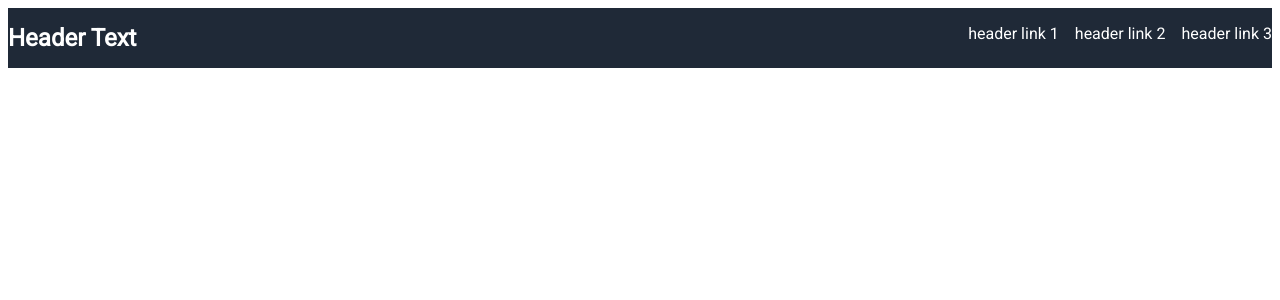
Repository: aaronestre/odin-landingpage
Page: index.html
The author's editor kept a copy of each file at every save. The page is drawn from the files as they stood at one save, then again after the next save.
The browser window is 1280 px wide. The pictures show the whole page.

Above is the page before, as saved 2025-02-12 19:45:23.

### index.html
<!DOCTYPE html>
<html lang="en">
    <head>
        <meta charset="UTF-8" />
        <meta http-equiv="X-UA-Compatible" content="IE=edge" />
        <meta name="viewport" content="width=device-width, initial-scale=1.0" />
        <link rel="stylesheet" href="index.css" />
        <link
            href="http://fonts.googleapis.com/css?family=Roboto"
            rel="stylesheet"
            type="text/css"
        />
        <style>
            body {
                font-family: "Roboto", sans-serif;
            }
        </style>
        <title>Odin Landing Page</title>
    </head>
    <body>
        <header>
            <h1>Header Text</h1>
            <div class="header-right">
                <p>header link 1</p>
                <p>header link 2</p>
                <p>header link 3</p>
            </div>
        </header>
    </body>
</html>

### index.css
header {
    background-color: #1f2937;
    margin: 0;
    width: 100%;
    color: white;
    font-family: Roboto;
    display: flex;
    justify-content: space-between;
}

header h1 {
    font-size: 24px;
}

.header-right {
    display: flex;
    justify-content: flex-end;
    gap: 16px;
}

After the next save:
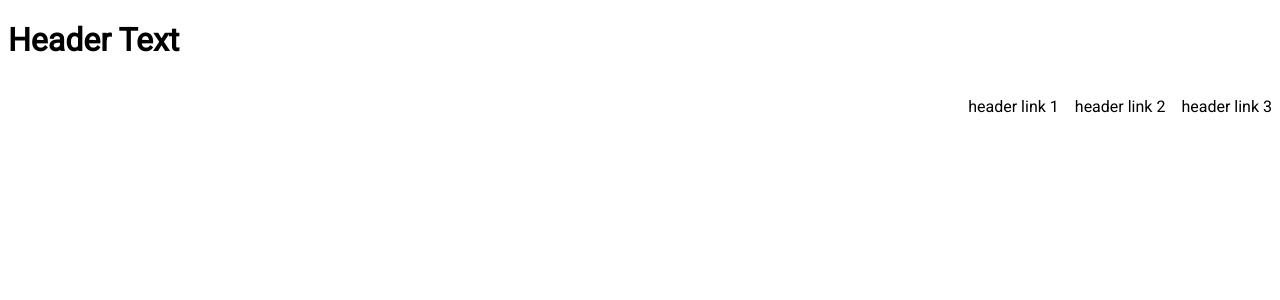
Saved 37 s later.
--- a/index.html
+++ b/index.html
@@ -18,13 +18,13 @@
         <title>Odin Landing Page</title>
     </head>
     <body>
-        <header>
+        <div class="header">
             <h1>Header Text</h1>
             <div class="header-right">
                 <p>header link 1</p>
                 <p>header link 2</p>
                 <p>header link 3</p>
             </div>
-        </header>
+        </div>
     </body>
 </html>

After the save that followed:
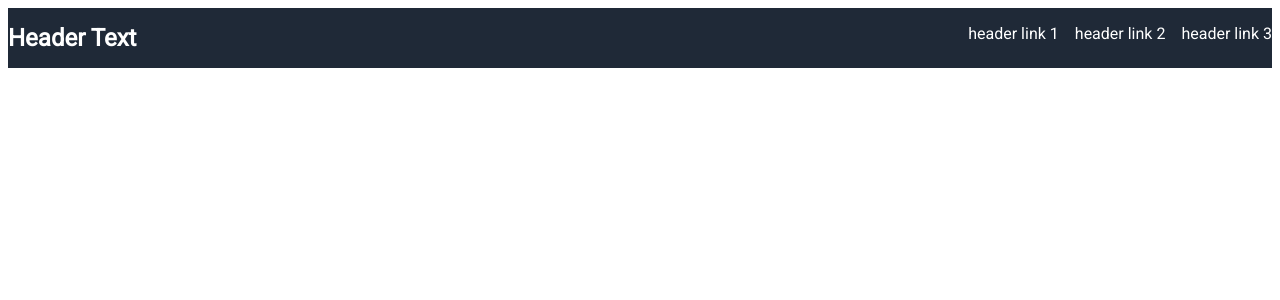
Saved 22 s later.
--- a/index.css
+++ b/index.css
@@ -1,4 +1,4 @@
-header {
+.header {
     background-color: #1f2937;
     margin: 0;
     width: 100%;
@@ -8,7 +8,7 @@
     justify-content: space-between;
 }
 
-header h1 {
+.header h1 {
     font-size: 24px;
 }
 
